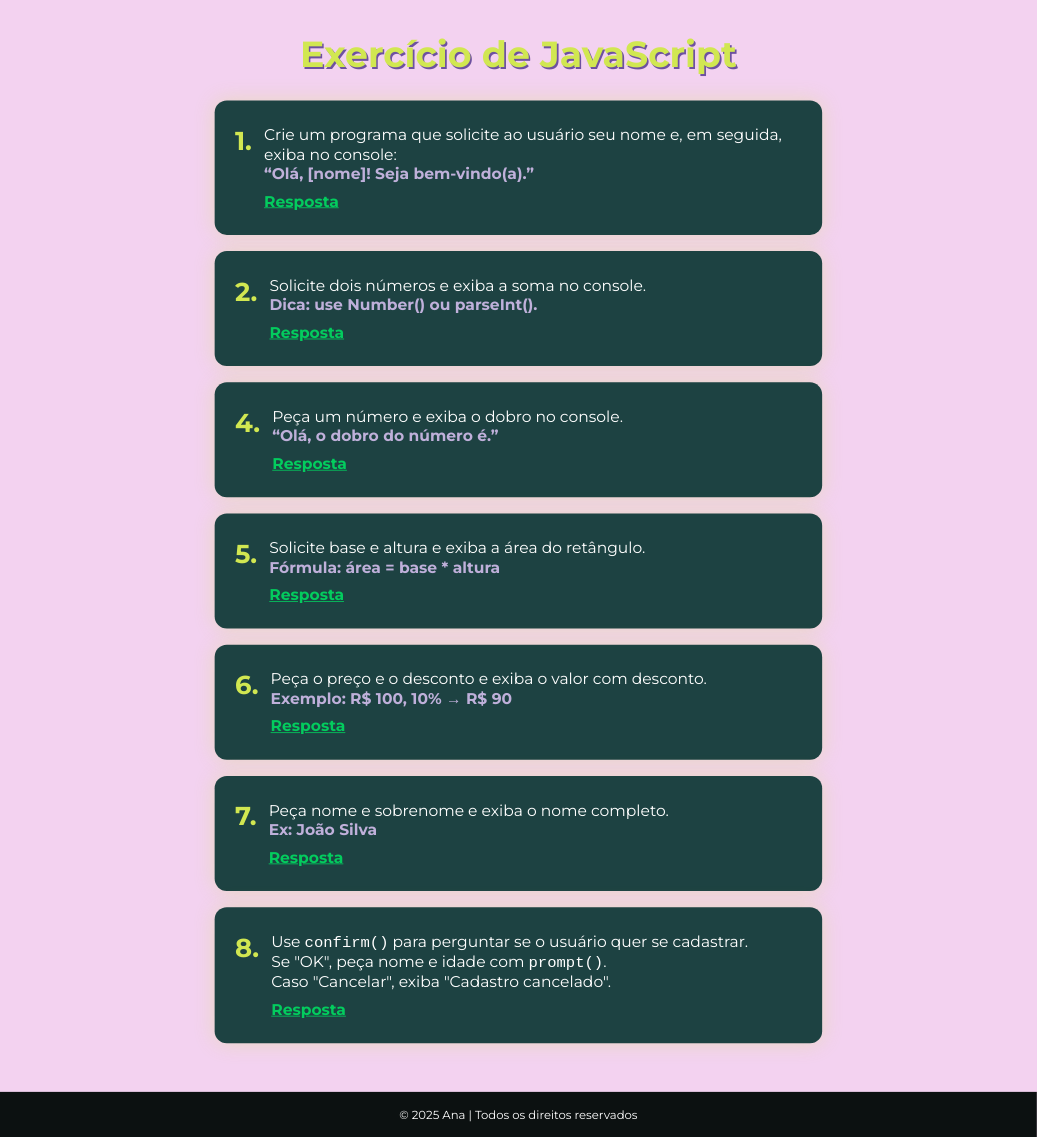
Repository: Anajaraa/atividadeJS
Page: index.html
An editor plug-in stored every save of this project. The page is shown before and after the next save, followed by the edit.
The browser window is 1280 px wide. The pictures show the whole page, at 81% of full size.

Above is the page before, as saved 2025-08-05 13:18:19.

### index.html
<!DOCTYPE html>
<html lang="pt-br">
<head>
  <meta charset="UTF-8" />
  <meta name="viewport" content="width=device-width, initial-scale=1.0" />
  <title>Exercícios de JavaScript</title>
  <link rel="stylesheet" href="style.css" />
</head>
<body>
  <main class="container">
    <h1>Exercício de JavaScript</h1>

    <section class="card">
      <p class="numero">1.</p>
      <div class="descricao">
        <p>Crie um programa que solicite ao usuário seu nome e, em seguida, exiba no console:<br>
        <strong>“Olá, [nome]! Seja bem-vindo(a).”</strong></p>

        <input type="checkbox" id="resposta1" class="toggle">
        <label for="resposta1" class="resposta-btn">Resposta</label>
        <div class="resposta">
          <pre><code>const nome = prompt("Digite seu nome:");
console.log(Olá, ${nome}! Seja bem-vindo(a).);</code></pre>
        </div>
      </div>
    </section>

    <section class="card">
      <p class="numero">2.</p>
      <div class="descricao">
        <p>Solicite dois números e exiba a soma no console.<br>
        <strong>Dica: use Number() ou parseInt().</strong></p>

        <input type="checkbox" id="resposta2" class="toggle">
        <label for="resposta2" class="resposta-btn">Resposta</label>
        <div class="resposta">
          <pre><code>const num1 = prompt("Digite um número:");
const num2 = prompt("Digite outro número:");
const soma = parseInt(num1) + parseInt(num2);
alert(A soma dos números é: ${soma});</code></pre>
        </div>
      </div>
    </section>

    <section class="card">
      <p class="numero">4.</p>
      <div class="descricao">
        <p>Peça um número e exiba o dobro no console.<br>
        <strong>“Olá, o dobro do número é.”</strong></p>

        <input type="checkbox" id="resposta4" class="toggle">
        <label for="resposta4" class="resposta-btn">Resposta</label>
        <div class="resposta">
          <pre><code>const num = prompt("Digite um número:");
const doub = parseInt(num) * 2;
alert(O dobro do número é: ${doub});</code></pre>
        </div>
      </div>
    </section>

    <section class="card">
      <p class="numero">5.</p>
      <div class="descricao">
        <p>Solicite base e altura e exiba a área do retângulo.<br>
        <strong>Fórmula: área = base * altura</strong></p>

        <input type="checkbox" id="resposta5" class="toggle">
        <label for="resposta5" class="resposta-btn">Resposta</label>
        <div class="resposta">
          <pre><code>const base = prompt("Digite a base:");
const altura = prompt("Digite a altura:");
const area = parseFloat(base) * parseFloat(altura);
console.log(A área do retângulo é: ${area});</code></pre>
        </div>
      </div>
    </section>

    <section class="card">
      <p class="numero">6.</p>
      <div class="descricao">
        <p>Peça o preço e o desconto e exiba o valor com desconto.<br>
        <strong>Exemplo: R$ 100, 10% → R$ 90</strong></p>

        <input type="checkbox" id="resposta6" class="toggle">
        <label for="resposta6" class="resposta-btn">Resposta</label>
        <div class="resposta">
          <pre><code>const preco = prompt("Digite o preço:");
const desconto = prompt("Digite o desconto (%):");
const precoDesconto = parseFloat(preco) - (parseFloat(preco) * parseFloat(desconto) / 100);
console.log(O preço com desconto é: ${precoDesconto});</code></pre>
        </div>
      </div>
    </section>

    <section class="card">
      <p class="numero">7.</p>
      <div class="descricao">
        <p>Peça nome e sobrenome e exiba o nome completo.<br>
        <strong>Ex: João Silva</strong></p>

        <input type="checkbox" id="resposta7" class="toggle">
        <label for="resposta7" class="resposta-btn">Resposta</label>
        <div class="resposta">
          <pre><code>const nome = prompt("Digite seu nome:");
const sobrenome = prompt("Digite seu sobrenome:");
console.log(Seu nome completo é: ${nome} ${sobrenome});</code></pre>
        </div>
      </div>
    </section>

    <section class="card">
      <p class="numero">8.</p>
      <div class="descricao">
        <p>Use <code>confirm()</code> para perguntar se o usuário quer se cadastrar.<br>
        Se "OK", peça nome e idade com <code>prompt()</code>.<br>
        Caso "Cancelar", exiba "Cadastro cancelado".</p>

        <input type="checkbox" id="resposta8" class="toggle">
        <label for="resposta8" class="resposta-btn">Resposta</label>
        <div class="resposta">
          <pre><code>const desejaCadastrar = confirm("Você deseja se cadastrar no site?");
if (desejaCadastrar) {
  const nome = prompt("Digite seu nome completo:");
  const idade = prompt("Digite sua idade:");
  console.log("Cadastro realizado com sucesso!");
  console.log("Nome: " + nome);
  console.log("Idade: " + idade);
} else {
  console.log("Cadastro cancelado pelo usuário.");
}</code></pre>
        </div>
      </div>
    </section>

  </main>

  <footer>
    © 2025 Ana | Todos os direitos reservados
  </footer>
</body>
  <script src="script.js"></script>
</html>

### style.css
@import url('https://fonts.googleapis.com/css2?family=Montserrat:wght@400;700&display=swap');

* {
  margin: 0;
  padding: 0;
  box-sizing: border-box;
}

body {
  font-family: "Montserrat", sans-serif;
  background-color: #f3d2f0;
  color: #ffffff;
  display: flex;
  flex-direction: column;
  min-height: 100vh;
  overflow-x: hidden;
}

.container {
  flex: 1;
  display: flex;
  flex-direction: column;
  align-items: center;
  padding: 40px 20px;
  text-align: center;
  width: 100%;
}

h1 {
  font-size: 2.8rem;
  margin-bottom: 30px;
  color: #d1e751;
  text-shadow: 2px 2px #6d51a0;
}

.card {
  background-color: #1d4242;
  padding: 30px 25px;
  border-radius: 15px;
  max-width: 750px;
  width: 100%;
  box-shadow: 0 0 25px rgba(209, 231, 81, 0.3);
  display: flex;
  gap: 15px;
  align-items: flex-start;
  margin-bottom: 20px;
  overflow: hidden;
  position: relative;

  word-wrap: break-word;
}

.numero {
  font-size: 2rem;
  color: #d1e751;
  font-weight: bold;
}

.descricao {
  font-size: 1.2rem;
  color: #ffffff;
  text-align: left;
  flex: 1;
  position: relative;
  width: 100%;
  overflow-wrap: break-word;
  word-break: break-word;
}

.descricao strong {
  color: #bfb0da;
  font-weight: bold;
}

footer {
  text-align: center;
  padding: 20px;
  font-size: 0.9rem;
  background-color: #0c1111;
  color: #ffffff;
}

.toggle {
  display: none;
}

.resposta-btn {
  display: inline-block;
  margin-top: 10px;
  color: #03cc5e;
  font-weight: bold;
  cursor: pointer;
  text-decoration: underline;

}

.resposta {
  display: none;
  background-color: #2c2c2c;
  color: #d4ffd4;
  padding: 20px;
  border-radius: 15px;
  font-family: monospace;
  white-space: pre-wrap;
  word-wrap: break-word;
  margin-top: 15px;
  width: 100%;
  box-sizing: border-box;
  overflow-x: auto;
  max-width: 100%;
  border: 2px solid transparent;
}

pre, code {
  max-width: 100%;
  overflow-x: auto;
  white-space: pre-wrap;
  word-break: break-word;
}




.toggle:checked + .resposta-btn + .resposta {
  display: block;
}

### script.js


// RESPOSTA Exercício 1
// const nome = prompt("Digite seu nome:");
//  console.log(`Olá, ${nome}! Seja bem-vindo(a).`);

// RESPOSTA Exercício 2
// const num1 = prompt("Digite um número:");
// const num2 = prompt("Digite outro número:");
// const soma = parseInt(num1) + parseInte(num2);
// alert(`A soma dos números é: ${soma}`);

// RESPOSTA Exercício 4
// onst num = prompt("Digite um número:");
// const doub = parseInt(num) * 2;
// alert(`O dobro do número é: ${doub}`);


// RESPOSTA Exercício 5

// const base =  prompt("Digite a base:");
// const altura = prompt("Digite a altura:");
// const area = parseFloat(base) * parseFloat(altura);
// console.log(`A área do retângulo é: ${area}`);

// RESPOSTA Exercício 6
// const preco = prompt("Digite o preço do produto:");
// const desconto = prompt("Digite o desconto em porcentagem:");
// const precoDesconto = parseFloat(preco) - (parseFloat(preco) * parseFloat(desconto) / 100);
// console.log(`O preço com desconto é: ${precoDesconto}`);

// RESPOSTA Exercício 7
// const nome = prompt("Digite seu nome:");
// const sobrenome = prompt("Digite seu sobrenome:");
// console.log(`Seu nome completo é: ${nome} ${sobrenome}`);

// RESPOSTA Exercício 8
// const desejaCadastrar = confirm("Você deseja se cadastrar no site?");

// if (desejaCadastrar) {
//   const nome = prompt("Digite seu nome completo:");
//   const idade = prompt("Digite sua idade:");

//   console.log("Cadastro realizado com sucesso!");
//   console.log("Nome: " + nome);
//   console.log("Idade: " + idade);
// } else {
//   console.log("Cadastro cancelado pelo usuário.");
// }

After the next save:
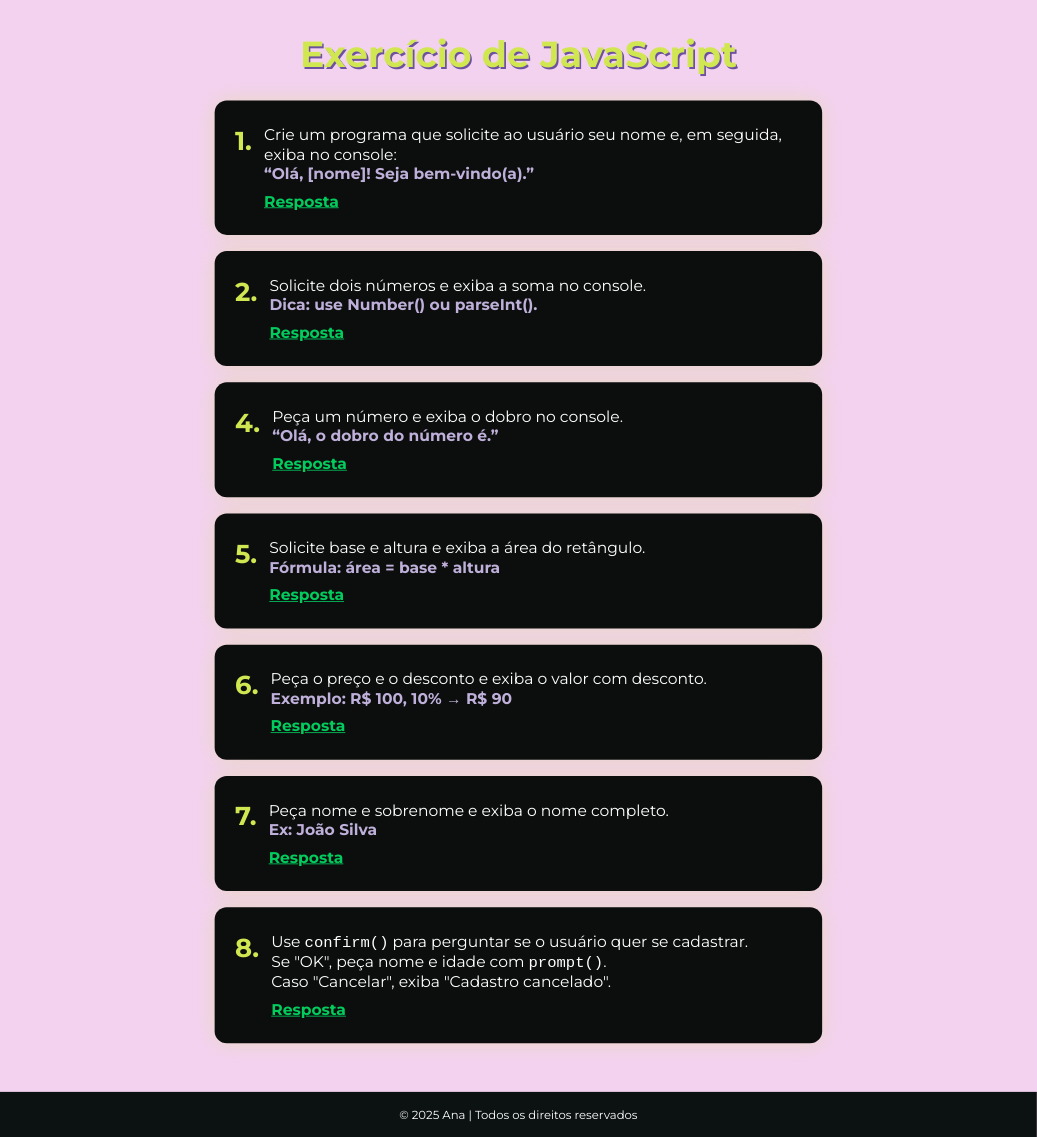
Saved 30 min 47 s later.
--- a/style.css
+++ b/style.css
@@ -34,7 +34,7 @@ h1 {
 }
 
 .card {
-  background-color: #1d4242;
+  background-color: #0c0e0e;
   padding: 30px 25px;
   border-radius: 15px;
   max-width: 750px;
